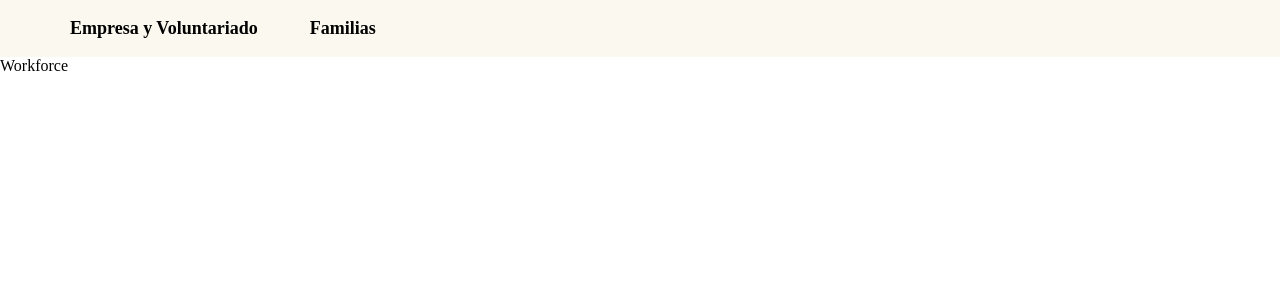
Repository: Synergy-club/reconstruction
Page: /
These files come from the project's save history. The page is drawn as it stood at one moment and after the next save; the edit follows.
The browser window is 1280 px wide. The pictures show the whole page.
The project was rebuilt for these pictures with package versions that can differ from the ones it lists, and the page was loaded fresh each time. Also part of the build but not shown: vite.config.js, src/views/Families/Families.jsx.

Above is the page before, as saved 2024-12-10 01:25:01.

### index.html
<!DOCTYPE html>
<html lang="en">
  <head>
    <meta charset="UTF-8" />
    <link rel="icon" type="image/svg+xml" href="/vite.svg" />
    <meta name="viewport" content="width=device-width, initial-scale=1.0 user-scalable=no" />
    <meta name="description" content="Agrupación de profesionales de primer nivel de los sectores de la logística, arquitectura y construcción unidos para gestionar y coordinar los esfuerzos de reconstrucción tras las inundaciones. Garantizando la trazabilidad y transparencia de las donaciones.
      La emisión de certificados inmediatos de donaciones así como los reconocimientos al voluntariado se harán bajo el paraguas de Fundación Synergy Club internacional, una plataforma abierta que suma acciones de asociaciones y fundaciones. Siempre y todas ellas sin ninguna vinculación política y sin ánimo de lucro.
      Esta iniciativa está abierta a todos los profesionales, voluntarios y héroes vecinales que necesitan o pueden aportar recursos eficientes y de calidad para la reconstrucción.
      Nos apoyamos y promovemos las agrupaciones improvisadas de vecinos de las zonas afectadas por la catástrofe que han reaccionado y son un referente de ayuda inmediata y conocimiento real de las situaciones de sus vecinos."
    />
    <meta name="author" content="Synergy Clubs International" />
    <title>Reconstrucción Valencia</title>
  </head>
  <body>
    <div id="root"></div>
    <script type="module" src="/src/main.jsx"></script>
  </body>
</html>

### src/main.jsx
import { StrictMode } from 'react'
import { createRoot } from 'react-dom/client'
import { BrowserRouter } from 'react-router-dom'
import './assets/global-style/style.css'
import App from './App.jsx'
import { ReducerProvider } from './contexts/ReducerContext.jsx'
import { ReferenceProvider } from './contexts/ReferenceContext.jsx'

createRoot(document.getElementById('root')).render(
  <StrictMode>
    <BrowserRouter>
      <ReducerProvider>
        <ReferenceProvider>
          <App />
        </ReferenceProvider>
      </ReducerProvider>
    </BrowserRouter>
  </StrictMode>
)

### src/assets/global-style/style.css
@import url('https://fonts.googleapis.com/css2?family=Fira+Sans:ital,wght@0,100;0,200;0,300;0,400;0,500;0,600;0,700;0,800;0,900;1,100;1,200;1,300;1,400;1,500;1,600;1,700;1,800;1,900&display=swap');
:root {
  /* BACKGROUND COLOR */
  --sci-bg-dark: #222222;
  --sci-bg-white: #ffffff;
  --sci-primary-blue: #78b3ce;
  --sci-light-blue: #c9e6f0;
  --sci-light-cream: #fbf8ef;
  --sci-accent-orange: #f96e2a;

  /*FONT*/
  --sci-font-main: sans-serif;

  /*COLOR TEXT*/
  --sci-text-dark: #222222;
  --sci-text-white: #ffffff;
  --sci-text-orange: #f96e2a;

  /*SPACING AND ROUNDED*/
  --sci-spacing-xs: 8px;
  --sci-spacing-s: 12px;
  --sci-spacing-m: 16px;
  --sci-spacing-l: 24px;
  --sci-spacing-xl: 48px;

  /*FONT SIZE*/
  --sci-font-size-xs: 12px;
  --sci-font-size-s: 16px;
  --sci-font-size-m: 18px;
  --sci-font-size-l: 22px;
  --sci-font-size-xl: 28px;
}
* {
  margin: 0;
  padding: 0;
  box-sizing: border-box;
  font-family: var(--font-main);
}

html {
  scroll-behavior: smooth;
}
h1,
h2,
h3,
h4,
h5 {
  font-size: var(--sci-font-size-xl);
}
p,
button,
li {
  font-size: var(--sci-font-size-m);
}

ul {
  list-style-type: disc;
  padding-left: 20px;
}
a {
  text-decoration: none;
}
button {
  cursor: pointer;
  background: none;
  padding: var(--sci-spacing-xs) var(--sci-spacing-s);
  border: none;
  transition: all 0.3s ease-in-out;
  display: flex;
  justify-content: center;
  align-items: center;
  gap: 8px;
  font-weight: 600;
}

button:hover {
  transform: scale(0.98);
}

@keyframes fadeInUp {
  0% {
    opacity: 0;
    transform: translateY(20px);
  }
  100% {
    opacity: 1;
    transform: translateY(0);
  }
}

.fadeIn {
  opacity: 1;
  animation: fadeInUp 0.5s ease-in;
}

@keyframes show {
  from {
    opacity: 0;
    scale: 50%;
  }
  to {
    opacity: 1;
    scale: 100%;
  }
}

@media (max-width: 850px) {
  h1,
  h2,
  h3,
  h4,
  h5 {
    font-size: var(--sci-font-size-xl);
  }

  button,
  li,
  p {
    font-size: var(--sci-font-size-s);
    line-height: 20px;
  }
}

@media (max-width: 400px) {
  h1,
  h2,
  h3,
  h4,
  h5 {
    font-size: var(--sci-font-size-xl);
  }
  li,
  button,
  a {
    font-size: var(--sci-font-size-s);
  }
  p {
    font-size: 14px;
  }
}

### src/App.jsx
import { Route, Routes } from 'react-router-dom'
import Layout from './layout/Layout'
import Workforce  from './views/Workforce/Workforce '
import Families from './views/Families/Families'
import NotFound from './views/404/NotFound'

const App = () => {
  return (
    <Routes>
      <Route path='/' element={<Layout />}>
        <Route index element={<Workforce  />} />
        <Route path='familias' element={<Families />} />
        {/*ERROR LINK*/}
        <Route path='*' element={<NotFound />} />
        <Route />
      </Route>
    </Routes>
  )
}

export default App

### src/contexts/ReducerContext.jsx
import { createContext } from 'react'

export const ReducerContext = createContext()
export const ReducerProvider = ({children}) => {
  return (
    <ReducerContext.Provider value={{}}>{ children }</ReducerContext.Provider>
  )
}

### src/contexts/ReferenceContext.jsx
import { createContext } from 'react'

export const ReferenceContext = createContext()

export const ReferenceProvider = ({ children }) => {
  return <ReferenceContext.Provider value={{}}>{children}</ReferenceContext.Provider>
}

### src/layout/Layout.jsx

import { Fragment } from 'react'
import { Outlet } from 'react-router-dom'
import Header from '../components/Header/Header'

const Layout = () => {
  return (
    <Fragment>
    <header><Header /></header>
    <div>
      <Outlet />

    </div>
    </Fragment>
  )
}

export default Layout

### src/views/Workforce/Workforce .jsx
const Workforce = () => {
  return <div>Workforce </div>
}

export default Workforce

### src/views/404/NotFound.jsx
import React, { useEffect } from 'react'
import { useNavigate } from 'react-router-dom'

const NotFound = () => {
  const navigate = useNavigate()
  useEffect(() => {
    const timeout = setTimeout(() => {
      navigate('../')
    }, 300)
    return () => clearTimeout(timeout)
  }, [navigate])
}

export default NotFound

### src/components/Header/Header.jsx
import { Link } from 'react-router-dom'
import './Header.css'

const Header = () => {
  return (
    <nav className='nav__container'>
      <button className='nav__content-link'>
        <Link to='/' />
        Empresa y Voluntariado
      </button>
      <button className='nav__content-link'>
        <Link to='familias' />
        Familias
      </button>
    </nav>
  )
}

export default Header

### src/components/Header/Header.css
.nav__container{
  width:100%;
  padding: 10px 50px;
  background-color: var(--sci-light-cream);
  display: flex;
  justify-content: start;
  align-items: center;
  gap:20px;
}

After the next save:
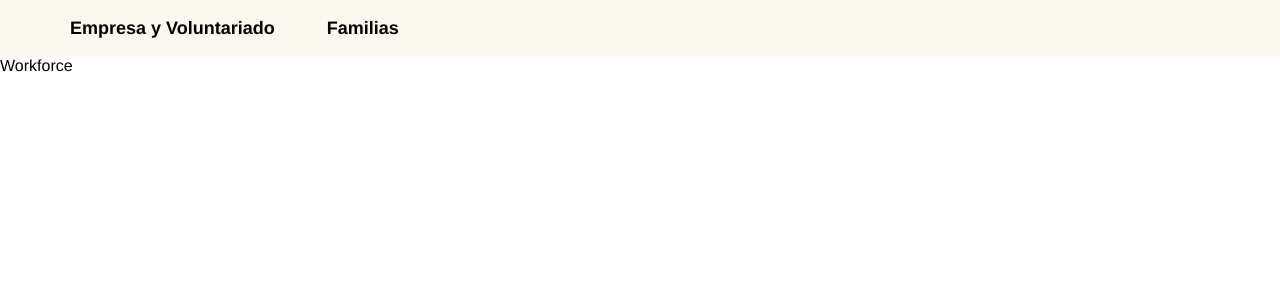
Saved 20 s later.
--- a/src/assets/global-style/style.css
+++ b/src/assets/global-style/style.css
@@ -1,4 +1,3 @@
-@import url('https://fonts.googleapis.com/css2?family=Fira+Sans:ital,wght@0,100;0,200;0,300;0,400;0,500;0,600;0,700;0,800;0,900;1,100;1,200;1,300;1,400;1,500;1,600;1,700;1,800;1,900&display=swap');
 :root {
   /* BACKGROUND COLOR */
   --sci-bg-dark: #222222;
@@ -34,7 +33,7 @@
   margin: 0;
   padding: 0;
   box-sizing: border-box;
-  font-family: var(--font-main);
+  font-family:'Franklin Gothic Medium', 'Arial Narrow', Arial, sans-serif;
 }
 
 html {
